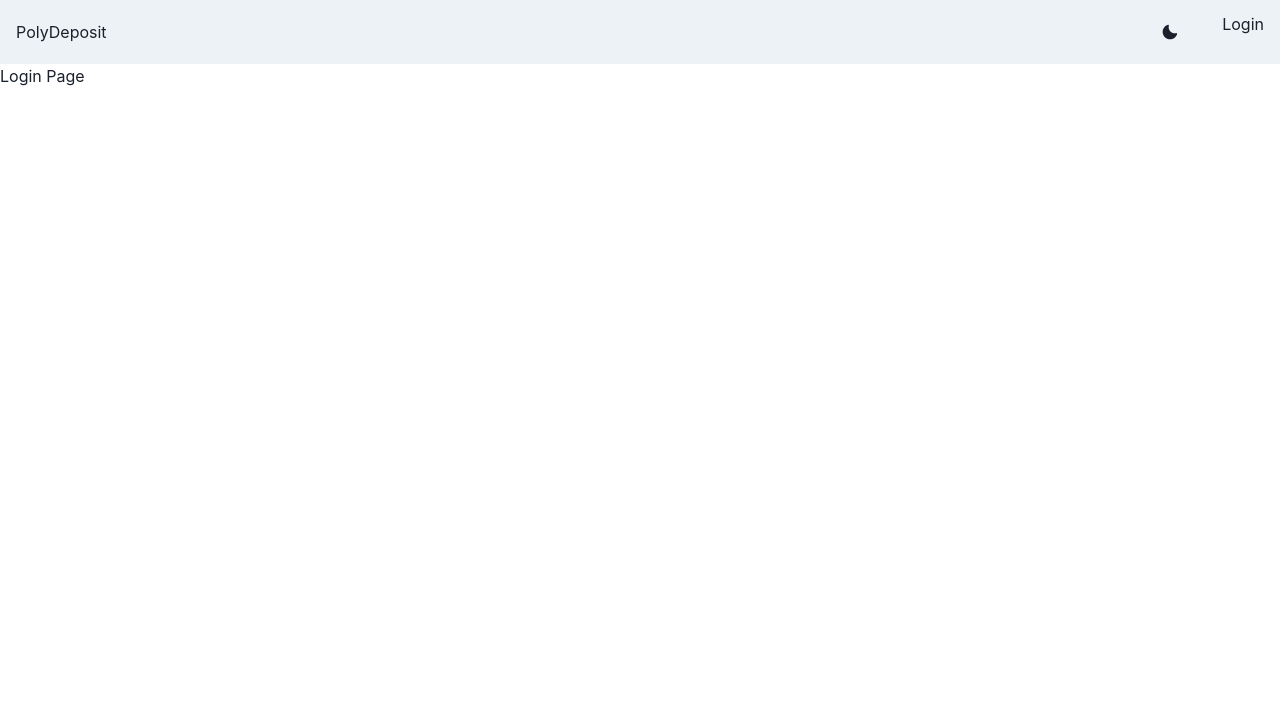
Repository: junghochoi-playground/PolyDeposit
Page: /login (app in poly-deposit-fe/)
The author's editor kept a copy of each file at every save. The page is drawn from the files as they stood at one save, then again after the next save.
The browser window is 1280 px wide. The pictures show the whole page.
The project was rebuilt for these pictures with package versions that can differ from the ones it lists, and the page was loaded fresh each time. The framework's server and built-in components were replaced by stand-ins that run in the browser. Also part of the build but not shown: poly-deposit-fe/next.config.js.

Above is the page before, as saved 2022-07-09 17:09:51.

### poly-deposit-fe/pages/_app.tsx
import '../styles/globals.css';
import type { AppProps } from 'next/app';
import { ChakraProvider } from '@chakra-ui/react';
import Navbar from '../components/Navbar';

function MyApp({ Component, pageProps }: AppProps) {
  return (
    <ChakraProvider>
      <Navbar />
      <Component {...pageProps} />
    </ChakraProvider>
  );
}

export default MyApp;

### poly-deposit-fe/pages/login/index.tsx
import React from 'react'

function Login() {
  return (
    <div>Login Page</div>
  )
}

export default Login

### poly-deposit-fe/components/Navbar.tsx
import { ReactNode } from 'react';
import {
  Box,
  Flex,
  Avatar,
  Link,
  Button,
  Menu,
  MenuButton,
  MenuList,
  MenuItem,
  MenuDivider,
  useDisclosure,
  useColorModeValue,
  Stack,
  useColorMode,
  Center,
} from '@chakra-ui/react';

import NextLink from 'next/link';

import { MoonIcon, SunIcon } from '@chakra-ui/icons';

const NavLink = ({ children }: { children: ReactNode }) => (
  <Link
    px={2}
    py={1}
    rounded={'md'}
    _hover={{
      textDecoration: 'none',
      bg: useColorModeValue('gray.200', 'gray.700'),
    }}
    href={'#'}
  >
    {children}
  </Link>
);

export default function Navbar() {
  const { colorMode, toggleColorMode } = useColorMode();
  const { isOpen, onOpen, onClose } = useDisclosure();
  return (
    <>
      <Box bg={useColorModeValue('gray.100', 'gray.900')} px={4}>
        <Flex h={16} alignItems={'center'} justifyContent={'space-between'}>
          <Box>PolyDeposit</Box>

          <Flex alignItems={'center'}>
            <Stack direction={'row'} spacing={7}>
              <Button onClick={toggleColorMode}>
                {colorMode === 'light' ? <MoonIcon /> : <SunIcon />}
              </Button>

              <NextLink href={'/login'}>
                <Link>Login</Link>
              </NextLink>

              {/* <Menu>

                 <MenuButton
                  as={Button}
                  rounded={'full'}
                  variant={'link'}
                  cursor={'pointer'}
                  minW={0}>
                  <Avatar
                    size={'sm'}
                    src={'https://avatars.dicebear.com/api/male/username.svg'}
                  />
                </MenuButton>
                <MenuList alignItems={'center'}>
                  <br />
                  <Center>
                    <Avatar
                      size={'2xl'}
                      src={'https://avatars.dicebear.com/api/male/username.svg'}
                    />
                  </Center>
                  <br />
                  <Center>
                    <p>Username</p>
                  </Center>
                  <br />
                  <MenuDivider />
                  <MenuItem>Your Servers</MenuItem>
                  <MenuItem>Account Settings</MenuItem>
                  <MenuItem>Login</MenuItem>
                </MenuList>
              </Menu> */}
            </Stack>
          </Flex>
        </Flex>
      </Box>
    </>
  );
}

Loaded but not shown: poly-deposit-fe/styles/globals.css (common file)

After the next save:
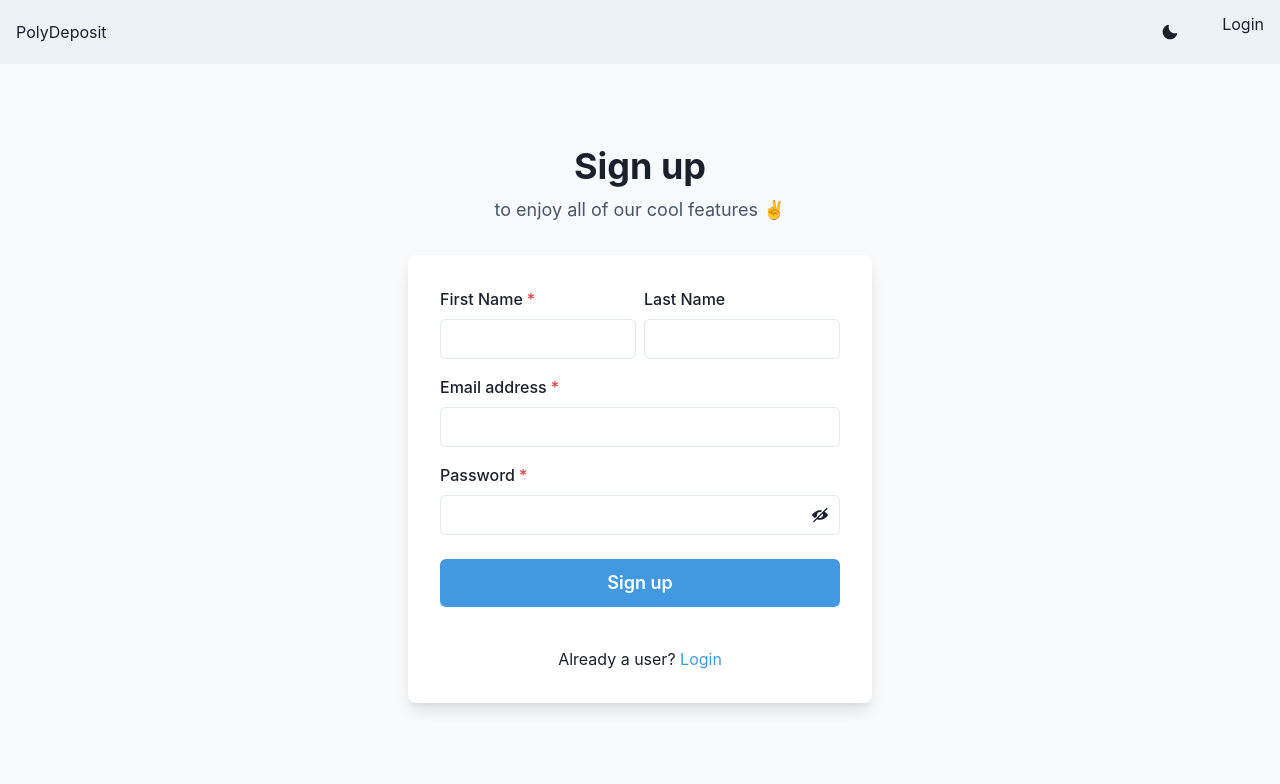
Saved 88 s later.
--- a/poly-deposit-fe/pages/login/index.tsx
+++ b/poly-deposit-fe/pages/login/index.tsx
@@ -1,9 +1,99 @@
-import React from 'react'
+import {
+    Flex,
+    Box,
+    FormControl,
+    FormLabel,
+    Input,
+    InputGroup,
+    HStack,
+    InputRightElement,
+    Stack,
+    Button,
+    Heading,
+    Text,
+    useColorModeValue,
+    Link,
+  } from '@chakra-ui/react';
+  import { useState } from 'react';
+  import { ViewIcon, ViewOffIcon } from '@chakra-ui/icons';
 
-function Login() {
-  return (
-    <div>Login Page</div>
-  )
-}
+  export default function SignupCard() {
+    const [showPassword, setShowPassword] = useState(false);
 
-export default Login
+    return (
+      <Flex
+        minH={'100vh'}
+        align={'center'}
+        justify={'center'}
+        bg={useColorModeValue('gray.50', 'gray.800')}>
+        <Stack spacing={8} mx={'auto'} maxW={'lg'} py={12} px={6}>
+          <Stack align={'center'}>
+            <Heading fontSize={'4xl'} textAlign={'center'}>
+              Sign up
+            </Heading>
+            <Text fontSize={'lg'} color={'gray.600'}>
+              to enjoy all of our cool features ✌️
+            </Text>
+          </Stack>
+          <Box
+            rounded={'lg'}
+            bg={useColorModeValue('white', 'gray.700')}
+            boxShadow={'lg'}
+            p={8}>
+            <Stack spacing={4}>
+              <HStack>
+                <Box>
+                  <FormControl id="firstName" isRequired>
+                    <FormLabel>First Name</FormLabel>
+                    <Input type="text" />
+                  </FormControl>
+                </Box>
+                <Box>
+                  <FormControl id="lastName">
+                    <FormLabel>Last Name</FormLabel>
+                    <Input type="text" />
+                  </FormControl>
+                </Box>
+              </HStack>
+              <FormControl id="email" isRequired>
+                <FormLabel>Email address</FormLabel>
+                <Input type="email" />
+              </FormControl>
+              <FormControl id="password" isRequired>
+                <FormLabel>Password</FormLabel>
+                <InputGroup>
+                  <Input type={showPassword ? 'text' : 'password'} />
+                  <InputRightElement h={'full'}>
+                    <Button
+                      variant={'ghost'}
+                      onClick={() =>
+                        setShowPassword((showPassword) => !showPassword)
+                      }>
+                      {showPassword ? <ViewIcon /> : <ViewOffIcon />}
+                    </Button>
+                  </InputRightElement>
+                </InputGroup>
+              </FormControl>
+              <Stack spacing={10} pt={2}>
+                <Button
+                  loadingText="Submitting"
+                  size="lg"
+                  bg={'blue.400'}
+                  color={'white'}
+                  _hover={{
+                    bg: 'blue.500',
+                  }}>
+                  Sign up
+                </Button>
+              </Stack>
+              <Stack pt={6}>
+                <Text align={'center'}>
+                  Already a user? <Link color={'blue.400'}>Login</Link>
+                </Text>
+              </Stack>
+            </Stack>
+          </Box>
+        </Stack>
+      </Flex>
+    );
+  }
